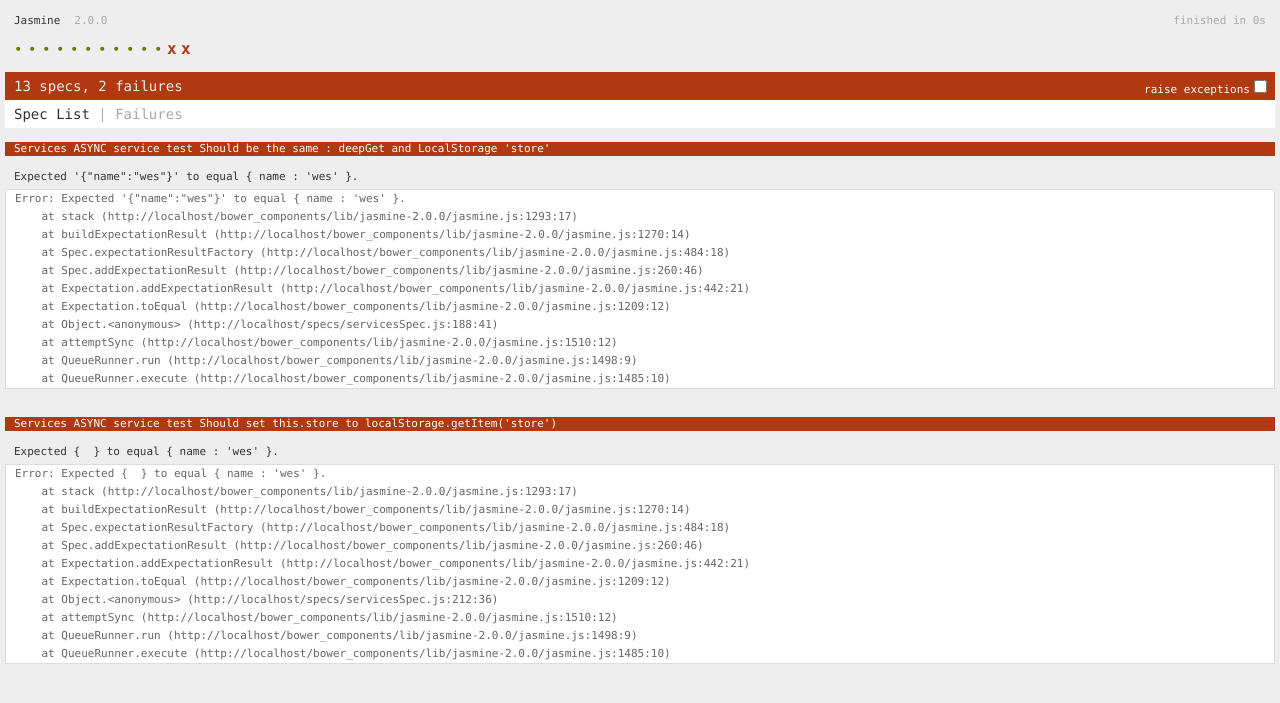
Repository: wesleyduff/angularTestDemo
Page: tests/SpecRunner.html
The author's editor kept a record of every edit. The page is drawn from the files as they stood at one moment, then again after the next edit.
The browser window is 1280 px wide. The pictures show the whole page.

Above is the page before.

### tests/SpecRunner.html
<!DOCTYPE html>
<html>
<head lang="en">
    <meta http-equiv="Content-Type" content="text/html; charset=UTF-8">
    <title>Jasmine Spec Runner v2.0.0</title>

    <link rel="shortcut icon" type="image/png" href="bower_components/lib/jasmine-2.0.0/jasmine_favicon.png">
    <link rel="stylesheet" type="text/css" href="../bower_components/lib/jasmine-2.0.0/jasmine.css">

    <script type="text/javascript" src="../bower_components/lib/jasmine-2.0.0/jasmine.js"></script>
    <script type="text/javascript" src="../bower_components/lib/jasmine-2.0.0/jasmine-html.js"></script>
    <script type="text/javascript" src="../bower_components/lib/jasmine-2.0.0/boot.js"></script>
    <script type="text/javascript" src="../bower_components/angular/angular.js"></script>
    <script type="text/javascript" src="../bower_components/angular-mocks/angular-mocks.js"></script>

    <!-- include source files here... -->
    <script type="text/javascript" src="../scripts/app/main.js"></script>
    <script type="text/javascript" src="../scripts/app/sub.js"></script>
    <script type="text/javascript" src="../scripts/controllers/main.js"></script>
    <script type="text/javascript" src="../scripts/services/main.js"></script>

    <!-- include spec files here... -->
    <script type="text/javascript" src="../specs/Expense.js"></script>
    <script type="text/javascript" src="../specs/expensesControllerSpec.js"></script>
    <script type="text/javascript" src="../specs/servicesSpec.js"></script>
</head>
<body>

</body>
</html>

### scripts/app/main.js
var app = angular.module("main", []);

function Expense(expenseItem) {
    this.expenseItem = expenseItem;
}

function ExpenseItem(expenseAmout){
    this.amount = expenseAmout;
}

### scripts/app/sub.js
var sub = angular.module("sub", [])

.controller('Submain', ['$scope', function($scope){
    $scope.test = "test";
}]);

### scripts/controllers/main.js
app

.controller("MainController", ['$scope', 'userGen', function($scope, userGen){
    $scope.expenses = [

        {
            name: "Steven"
        },
        {
            name: "Wells"
        }

    ];
}]);

### scripts/services/main.js
app

.value('teststing', "Hello!")

.factory('userGen', function($http){
    return {
        getUsers : function(callback){
           $http.get('http://api.randomuser.me/0.3.1/?results=15&seed=mean').success(callback);
        }
    }
})
.factory('firebase', function(){
    return {
        store : {},
        get : function(){
            return this.store;
        },
        add: function(obj, fn){

            this._store = this.get();
            if(typeof fn === 'function'){
                fn.apply(this, arguments);
            }

            for(prop in obj){
                this.store[prop] = obj[prop];
            }

            return this;
        },
        delete: function(obj, fn){
            this._store = this.get();
            if(typeof fn === 'function'){
                fn.apply(this, arguments[0]);
            }

            for(prop in obj){
                if(this._store.hasOwnProperty(prop)){
                    delete this.store[prop];
                }
            }
        },
        read: function(str, fn){
            if(typeof fn === 'function'){
                fn.apply(this, arguments[0]);
            }
            if(typeof str !== 'string'){
                throw "Type Execption: Not a String";
            }
            if(this.store.hasOwnProperty(str))
                return this.store[str];
            else
                return "not found";
        },
        save: function(){
            if(typeof window.localStorage === 'object'){
                localStorage.removeItem('store');
                var lenBefore = localStorage.length, lenAfter;

                localStorage.setItem('store', JSON.stringify(this.store));

                lenAfter = localStorage.length;

                console.log(lenBefore + ' = before : after = ' + lenAfter);
                if(lenBefore !== lenAfter){
                    return true;
                } else {
                    false;
                }
            } else {
                throw "Browser Not Supported";
                return false;
            }
        },
        deepGet : function(){
          if(typeof localStorage === 'object'){
              return localStorage.getItem('store') !== null ? localStorage.getItem('store') : null;
          }
        },
        initialize: function(){

            var _store = JSON.parse(localStorage.getItem('store'));

            if(localStorage.getItem('store') !== null){

            }
        }
    }
});

### specs/Expense.js
describe("Epenses", function(){

    var expense, expenseItem;

    beforeEach(function(){
        expenseItem = new ExpenseItem(100);
        expense = new Expense(expenseItem);
    });

    it("Should be of type EpenseItem", function(){
        expect(expense.expenseItem).toBe(expenseItem);
    });

    it("Should have the correct expense amount", function(){
        expect(expense.expenseItem.amount).toEqual(100);
    });
});

### specs/expensesControllerSpec.js
describe("Expenses Controller", function(){

    var $scope;

    beforeEach(module("main"));

    beforeEach(inject(function($rootScope, $controller) {
        $scope = $rootScope.$new();
        $controller('MainController', {$scope: $scope});
    }));

    it('should have three epense items', function() {
        expect($scope.expenses.length).toBe(2);
    });


});

### specs/servicesSpec.js
describe("Services", function(){

    beforeEach(module("main"));

    afterEach(function(){
        if(typeof localStorage === 'object'){

        }


    });

    describe("value from service", function(){

        var _testingService;

        beforeEach(
            inject(
                function(_teststing_){
                    _testingService = _teststing_;
                }
            )
        );



        //Testing a value service

        it("Should return \"Hello!\" from value in service", function(){
            expect(_testingService).toBe("Hello!");
        });


    });

    describe("ASYNC service test", function(){

        var _userGen, _firebase, httpBackend, result;

         //Testing a service that returns an XHR response
         beforeEach(
            inject(
                function(_userGen_, _firebase_, $httpBackend){
                    _userGen = _userGen_;
                    _firebase = _firebase_;
                    httpBackend = $httpBackend;
                }
            )
        );

        it("Should return 2 users from the getUsers method", function(){

            httpBackend.when('GET', 'http://api.randomuser.me/0.3.1/?results=15&seed=mean').respond(
                {
                    results :
                    [
                        {
                            seed: 'mean',
                            user : {
                                gender : 'male',
                                email : 'xray@gmail.com'
                            }
                        },
                        {
                            seed: 'mean',
                            user : {
                                gender : 'female',
                                email : 'test@gmail.com'
                            }
                        }
                    ]
                }
            );

            _userGen.getUsers(function(_result){
                expect(_result.results.length).toEqual(2);
            });

            httpBackend.flush();
        });

        it("Should return an empty object when calling store before you add anything", function(){
           expect(_firebase.get()).toEqual({});
        });

        it("Should retrun one object that is a child of store after an item is added", function(){
           var store, counter = 0;

           _firebase.add({subchild: 'hello'});

           store = _firebase.get();

           for(prop in store){
               counter++;
           }

           expect(counter).toEqual(1);

        });

        it("should retrun an updated value for subchild when subchild has already been set then changed", function(){
            var store;

            _firebase.add({subchild: 'test'});
            _firebase.add({tach: 'test'});

            var predicate = function(){
               var _obj = arguments[0];
               for(prop in _obj){
                   if(this._store.hasOwnProperty(prop)){
                       _obj[prop] = "Changed";
                       this.add(_obj);
                   }
               }
           };

           _firebase.add({subchild: 'test'}, predicate);

           store = _firebase.get();

           expect(store.subchild).toEqual('Changed');

        });

        it("Should delete one object from the store", function(){

           var  store,
                subchild = {subchild: 'test'},
                counter = 0;

           _firebase.add(subchild);
           _firebase.add({tach: 'test'});

            store = _firebase.get();

           for(prop in store){
               counter++;
           }

           expect(counter).toEqual(2);

           counter = 0;

           _firebase.delete(subchild);
           store = _firebase.get();

           for(prop in store){
               counter++;
           }

           expect(counter).toEqual(1);

        });

        it("Should be able to read a value from the store", function(){

           _firebase.add({subchild: 'test'}); //setup the data;

           var value = _firebase.read('subchild');
           expect(value).toBe('test');

        });

        it("Should be able to save your store", function(){

            _firebase.add({subchild: 'testing'}); //setup data

            var val = _firebase.save(); //returns true or false.

            expect(val).toBe(true);

        });

        it("Should be the same : deepGet and LocalStorage 'store' ", function(){

               var _store = {name: 'wes'}, deepGet;

               //clear store from localStorage if it is there
               if(typeof localStorage === 'object'){
                   localStorage.removeItem('store'); //will return undefined if store is not loaded

                   //load up firestore
                    _firebase.add({name: 'wes'}); //setup data
                    var save = _firebase.save();

                    if(save){
                        deepGet = _firebase.deepGet();
                        expect(deepGet).toEqual(_store);
                    } else {
                        expect(true).toBe(false); //fail test
                    }

               } else {
                   expect(true).toBe(false); //fail test
                   throw "localStorage not supported";
               }
        });

        it("Should set this.store to localStorage.getItem('store') ", function(){

               var _store, obj = {name: 'wes'};

               //clear store from localStorage if it is there
               if(typeof localStorage === 'object'){
                    localStorage.clear(); //will clearout localStorage;

                    localStorage.setItem('store', JSON.stringify(obj)); //set data in localStorage

                    _firebase.initialize(); //takes localStorage getItem and assigns its value to the this.store;
                    _store = _firebase.get();

                    expect(_store).toEqual(JSON.parse(localStorage.getItem('store')));

               } else {
                   expect(true).toBe(false); //fail test
                   throw "localStorage not supported";
               }
        });

    });

    describe("Restful services Testing", function(){


    });


});

Loaded but not shown: bower_components/lib/jasmine-2.0.0/jasmine.css (library); bower_components/lib/jasmine-2.0.0/jasmine.js (library); bower_components/lib/jasmine-2.0.0/jasmine-html.js (library); bower_components/lib/jasmine-2.0.0/boot.js (library); bower_components/angular/angular.js (library); bower_components/angular-mocks/angular-mocks.js (library)

After the next edit:
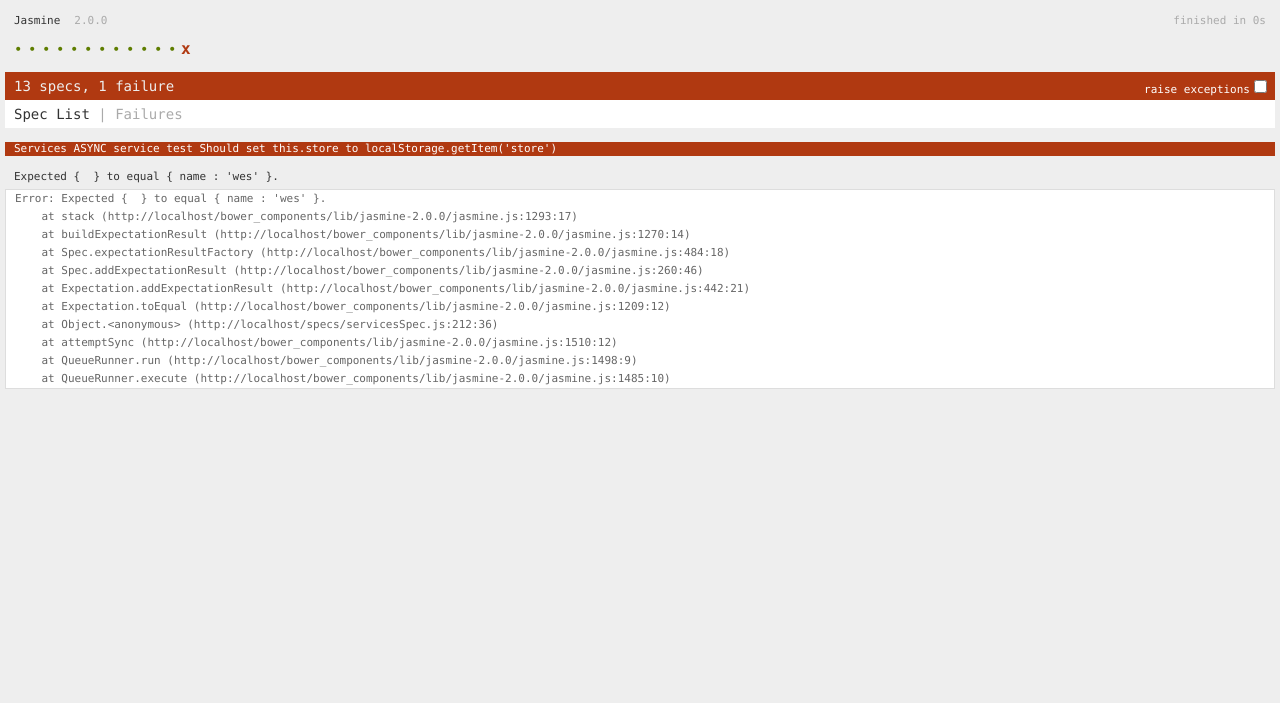
The edit:
--- a/scripts/services/main.js
+++ b/scripts/services/main.js
@@ -74,7 +74,7 @@
         },
         deepGet : function(){
           if(typeof localStorage === 'object'){
-              return localStorage.getItem('store') !== null ? localStorage.getItem('store') : null;
+              return localStorage.getItem('store') !== null ? JSON.parse(localStorage.getItem('store')) : null;
           }
         },
         initialize: function(){
